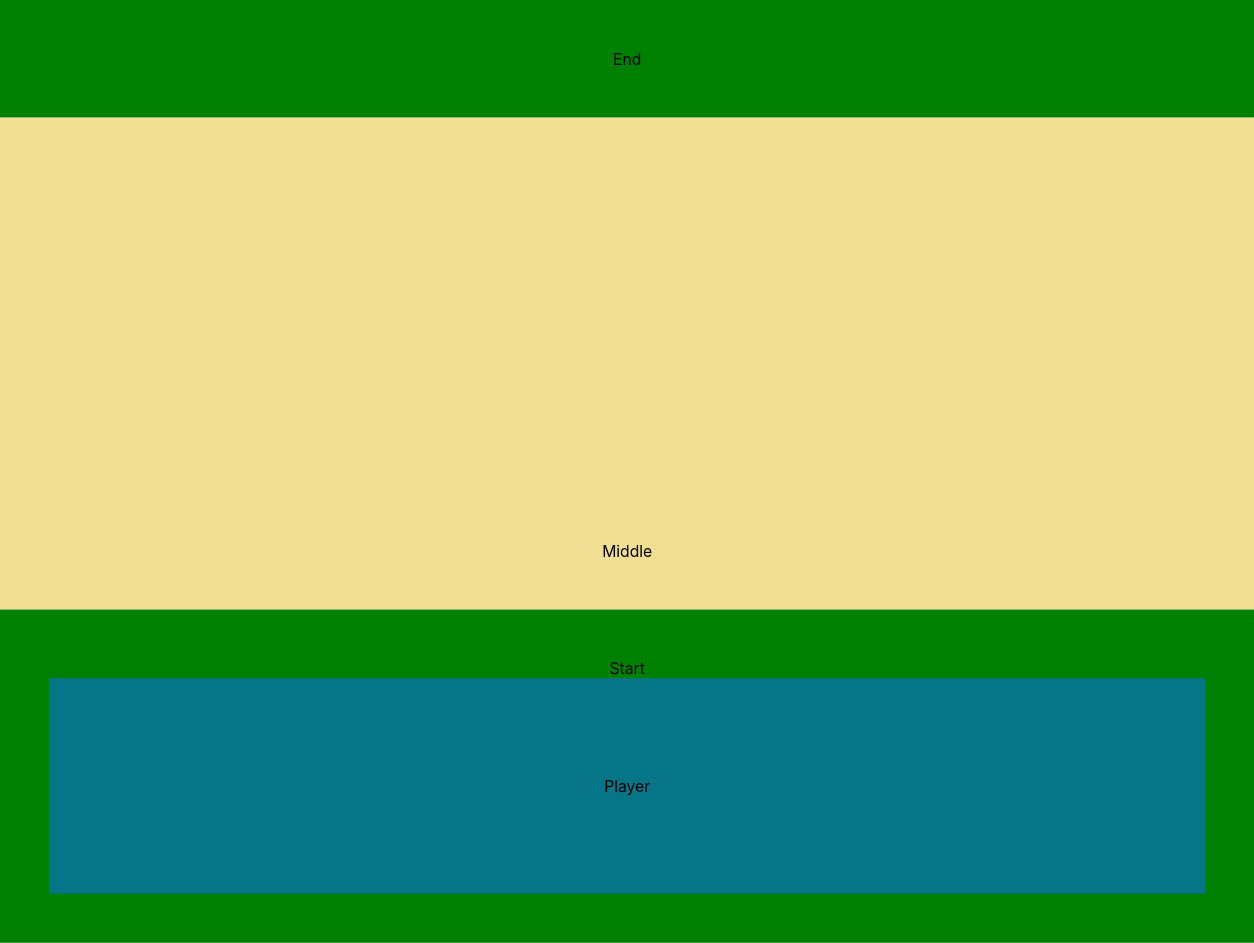
Repository: DerickT02/red-light-green-light
Page: /
An editor plug-in stored every save of this project. The page is shown before and after the next save, followed by the edit.
The browser window is 1280 px wide. The pictures show the whole page, at 98% of full size.
The project was rebuilt for these pictures with package versions that can differ from the ones it lists, and the page was loaded fresh each time.

Above is the page before, as saved 2021-11-15 06:57:34.

### src/App.js

import Field from "./Field";


function App() {
  return (
    <div className="App">
     <Field />

    </div>
  );
}

export default App;

### src/Field.js
import './Field.css'
import Player from './Player'




export default function Field(){
    return(
        <div className = "Field">
            <div className = "End">End</div>
            <div className = "Middle">Middle</div>
            <div className = "Start">Start <Player/></div>
        </div>
    )
}

### src/Field.css
.Field {
    text-align: center;
    width: 100%
}

.Field .End{
    padding: 50px;
    background-color: green;

}

.Field .Middle{
    padding: 50px;
    background-color: rgba(240, 222, 140, 0.945);
    padding-top: 60vmin;

}

.Field .Start{
    padding: 50px;
    background-color: green;

}

### src/Player.js
import './Player.css'

export default function Player(){
    return(
    <div className = "Player">Player</div>
    )
}

### src/Player.css
.Player {
  padding: 100px;
  background-color: rgb(6, 117, 136);

}

Loaded but not shown: public/index.html (common file); src/index.js (common file); src/index.css (common file)

After the next save:
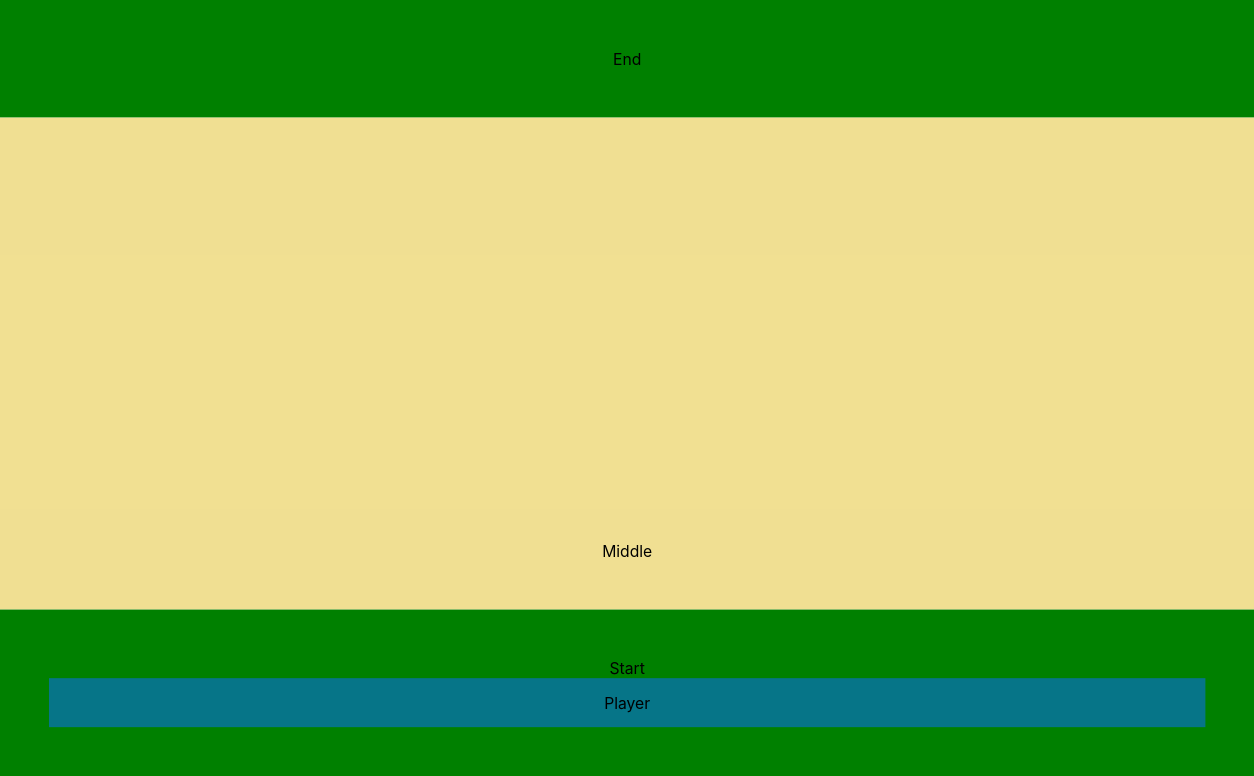
Saved 9 s later.
--- a/src/Player.css
+++ b/src/Player.css
@@ -1,5 +1,5 @@
 .Player {
-  padding: 100px;
+  padding: 15px;
   background-color: rgb(6, 117, 136);
 
 }
